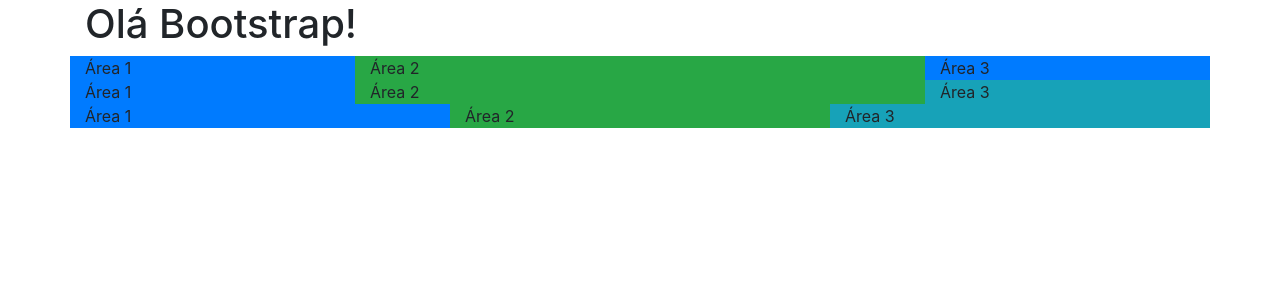
Repository: woodyalan/bootstrap-4
Page: conteudo.html
The author's editor kept a copy of each file at every save. The page is drawn from the files as they stood at one save, then again after the next save.
The browser window is 1280 px wide. The pictures show the whole page.

Above is the page before, as saved 2020-09-08 22:14:42.

After the next save:
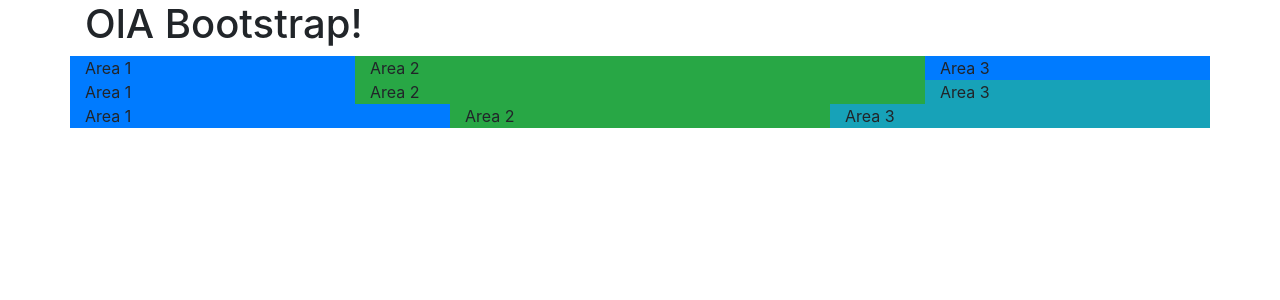
Saved 41 s later.
--- a/conteudo.html
+++ b/conteudo.html
@@ -7,28 +7,28 @@
 
     <link rel="stylesheet" href="https://stackpath.bootstrapcdn.com/bootstrap/4.5.2/css/bootstrap.min.css" />
 
-    <title>Olá Bootstrap!</title>
+    <title>OlA Bootstrap!</title>
   </head>
   <body>
     <div class="container">
-      <h1>Olá Bootstrap!</h1>
+      <h1>OlA Bootstrap!</h1>
 
       <div class="row">
-        <div class="col-3 bg-primary">Área 1</div>
-        <div class="col-6 bg-success">Área 2</div>
-        <div class="col-3 bg-primary">Área 3</div>
+        <div class="col-3 bg-primary">Area 1</div>
+        <div class="col-6 bg-success">Area 2</div>
+        <div class="col-3 bg-primary">Area 3</div>
       </div>
 
       <div class="row">
-        <div class="col-6 col-lg-3 bg-primary">Área 1</div>
-        <div class="col-6 col-lg-6 bg-success">Área 2</div>
-        <div class="col-12 col-lg-3 bg-info">Área 3</div>
+        <div class="col-6 col-lg-3 bg-primary">Area 1</div>
+        <div class="col-6 col-lg-6 bg-success">Area 2</div>
+        <div class="col-12 col-lg-3 bg-info">Area 3</div>
       </div>
 
       <div class="row">
-        <div class="col bg-primary">Área 1</div>
-        <div class="col bg-success">Área 2</div>
-        <div class="col bg-info">Área 3</div>
+        <div class="col bg-primary">Area 1</div>
+        <div class="col bg-success">Area 2</div>
+        <div class="col bg-info">Area 3</div>
       </div>
     </div>
 
